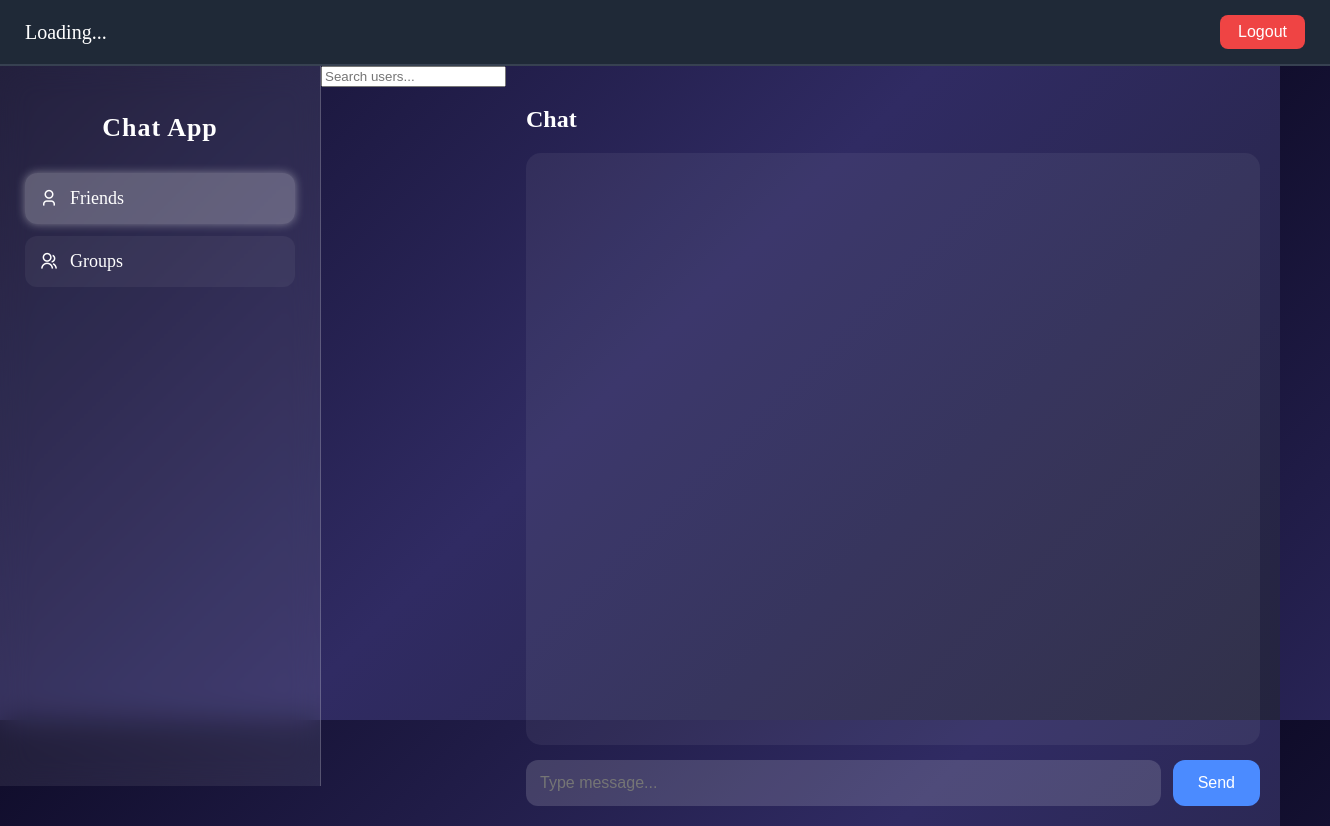
Repository: bharat132002/chat-app
Page: public/index.html
An editor plug-in stored every save of this project. The page is shown before and after the next save, followed by the edit.
The browser window is 1280 px wide. The page is 1330 px wide, so the pictures cover 1330 px, including what lies to the right of the window. The pictures show the whole page.

Above is the page before, as saved 2025-12-02 19:00:51.

### public/index.html
<!DOCTYPE html>
<html lang="en">
<head>
    <meta charset="UTF-8">
    <meta name="viewport" content="width=device-width, initial-scale=1.0">
    <title>Ultimate Chat UI</title>

    <!-- Remix Icons -->
    <link href="https://cdn.jsdelivr.net/npm/remixicon/fonts/remixicon.css" rel="stylesheet">

    <style>

        /* GLOBAL */
        body {
            margin: 0;
            background: linear-gradient(135deg, #0f0c29, #302b63, #24243e);
            font-family: 'Poppins';
            color: #fff;
            height: 100vh;
            overflow: hidden;
        }

        /* WRAPPER */
        .main {
            display: flex;
            height: 100vh;
            width: 100%;
        }

        /* SIDEBAR */
        .sidebar {
            width: 270px;
            background: rgba(255, 255, 255, 0.08);
            backdrop-filter: blur(15px);
            border-right: 1px solid rgba(255,255,255,0.2);
            animation: slideIn 0.6s ease;
            padding: 25px;
        }

        @keyframes slideIn {
            from {transform: translateX(-80px); opacity: 0;}
            to   {transform: translateX(0); opacity: 1;}
        }

        .sidebar h2 {
            text-align: center;
            font-size: 26px;
            letter-spacing: 1px;
            margin-bottom: 30px;
        }

        .menu-item {
            padding: 15px;
            margin-top: 12px;
            display: flex;
            align-items: center;
            gap: 12px;
            font-size: 18px;
            border-radius: 12px;
            cursor: pointer;
            transition: 0.3s;
            background: rgba(255,255,255,0.05);
        }

        .menu-item:hover {
            background: rgba(255,255,255,0.2);
            transform: scale(1.04);
            box-shadow: 0 0 12px rgba(255,255,255,0.3);
        }

        .active {
            background: rgba(255,255,255,0.25);
            box-shadow: 0 0 10px #ffffff67;
        }

        /* SCREENS */
        .screen {
            flex: 1;
            padding: 20px;
            display: none;
            animation: fade 0.5s ease;
            height: 100vh;
        }

        @keyframes fade {
            from {opacity: 0; transform: translateY(20px);}
            to   {opacity: 1; transform: translateY(0);}
        }

        .chat-card {
            padding: 16px;
            border-radius: 12px;
            background: rgba(255,255,255,0.1);
            margin-top: 12px;
            cursor: pointer;
            transition: 0.3s;
        }

        .chat-card:hover {
            background: rgba(255,255,255,0.25);
            transform: translateX(6px);
        }

        /* CHAT WINDOW */
        #chatWindow {
            display: flex;
            flex-direction: column;
        }

        #messages {
            flex: 1;
            overflow-y: auto;
            background: rgba(255,255,255,0.06);
            padding: 20px;
            border-radius: 15px;
            height: 75vh;
        }

        .msg {
            padding: 12px 18px;
            margin: 12px 0;
            max-width: 60%;
            border-radius: 18px;
            animation: pop 0.3s ease;
        }

        @keyframes pop {
            from {transform: scale(0.85); opacity: 0;}
            to   {transform: scale(1); opacity: 1;}
        }

        .left { background: #ffffff24; align-self: flex-start; }
        .right { background: #4b8bff; align-self: flex-end; }

        /* INPUT BOX */
        .input-area {
            display: flex;
            gap: 12px;
            margin-top: 15px;
        }

        .input-area input {
            flex: 1;
            padding: 14px;
            border-radius: 12px;
            border: none;
            outline: none;
            background: rgba(255,255,255,0.15);
            color: white;
            font-size: 16px;
        }

        .send-btn {
            padding: 14px 25px;
            border-radius: 12px;
            border: none;
            background: #4b8bff;
            cursor: pointer;
            color: white;
            font-size: 16px;
            transition: 0.3s;
        }

        .send-btn:hover {
            transform: scale(1.06);
            background: #6ea0ff;
        }
        .top-bar {
        width: 100%;
        padding: 15px 25px;
        background: #1f2937;
        border-bottom: 2px solid #374151;
        color: #fff;
        display: flex;
        justify-content: space-between;
        align-items: center;
        font-size: 20px;
        animation: fadeDown 0.5s ease;
    }

    @keyframes fadeDown {
        from { opacity: 0; transform: translateY(-20px); }
        to   { opacity: 1; transform: translateY(0); }
    }

    .logout-btn {
        background: #ef4444;
        border: none;
        padding: 8px 18px;
        border-radius: 8px;
        color: white;
        font-size: 16px;
        cursor: pointer;
        transition: 0.3s;
    }

    .logout-btn:hover {
        background: #dc2626;
        transform: scale(1.05);
    }

    .chat-container {
        padding: 20px;
    }

    </style>
</head>

<body>

<div class="top-bar">
    <span id="chat-username">Loading...</span>

    <button class="logout-btn" onclick="logoutUser()">
        Logout
    </button>
</div>


<div class="main">

    <!-- SIDEBAR -->
    <div class="sidebar">
        <h2>Chat App</h2>

        <div class="menu-item active" onclick="switchScreen('friends', this)">
            <i class="ri-user-3-line"></i> Friends
        </div>

        <div class="menu-item" onclick="switchScreen('groups', this)">
            <i class="ri-group-line"></i> Groups
        </div>
    </div>

    <!-- SCREENS -->
  <div class="search-box">
  <input type="text" id="searchInput" placeholder="Search users...">
  <div id="searchResults"></div>
</div>

    <div class="screen" id="groups">
        <h2>Groups</h2>

        <div class="chat-card">➕ Create Group (Next Step)</div>
        <div class="chat-card">📌 My Groups</div>
    </div>

    <!-- CHAT WINDOW -->
    <div class="screen" id="chatWindow">
        <h2 id="chatTitle">Chat</h2>

        <div id="messages"></div>

        <div class="input-area">
            <input type="text" id="msgInput" placeholder="Type message..." />
            <button class="send-btn" onclick="sendMsg()">Send</button>
        </div>
    </div>

</div>


<script>
    function switchScreen(screen, element) {
        document.querySelectorAll('.menu-item').forEach(i => i.classList.remove('active'));
        element.classList.add('active');

        document.querySelectorAll('.screen').forEach(s => s.style.display = 'none');
        document.getElementById(screen).style.display = 'block';
    }

    function openChat(name) {
        document.querySelectorAll('.screen').forEach(s => s.style.display = 'none');
        document.getElementById('chatWindow').style.display = 'block';
        document.getElementById('chatTitle').innerText = name;
    }

    function sendMsg() {
        let text = document.getElementById('msgInput').value;
        if (!text) return;

        let box = document.createElement("div");
        box.className = "msg right";
        box.innerText = text;

        document.getElementById("messages").appendChild(box);
        document.getElementById("msgInput").value = "";
    }
</script>
<script>
const tokenKey = "chat_token";

/* 🔍 SEARCH FRIEND */
async function searchFriend() {
    const name = document.getElementById("searchFriendInput").value.trim();
    if (!name) return alert("Enter a username to search!");

    const token = localStorage.getItem(tokenKey);

    let res = await fetch(`/api/friends/search/${name}`, {
        headers: { "Authorization": "Bearer " + token }
    });

    const data = await res.json();

    let html = "";

    if (data.users.length === 0) {
        html = `<p style="opacity:0.7;">No user found</p>`;
    } else {
        data.users.forEach(u => {
            html += `
                <div class="chat-card"
                     style="display:flex; justify-content:space-between; align-items:center;">
                    <span>${u.username}</span>
                    <button onclick="sendFriendRequest(${u.id})"
                        class="send-btn"
                        style="padding:8px 15px; font-size:14px;">
                        Add
                    </button>
                </div>
            `;
        });
    }

    document.getElementById("searchResults").innerHTML = html;
}


/* ➕ SEND FRIEND REQUEST */
async function sendFriendRequest(id) {
    const token = localStorage.getItem(tokenKey);

    let res = await fetch("/api/friends/request", {
        method: "POST",
        headers: {
            "Authorization": "Bearer " + token,
            "Content-Type": "application/json"
        },
        body: JSON.stringify({ receiver_id: id })
    });

    let data = await res.json();
    alert(data.message);
}
</script>
</body>
</html>

After the next save:
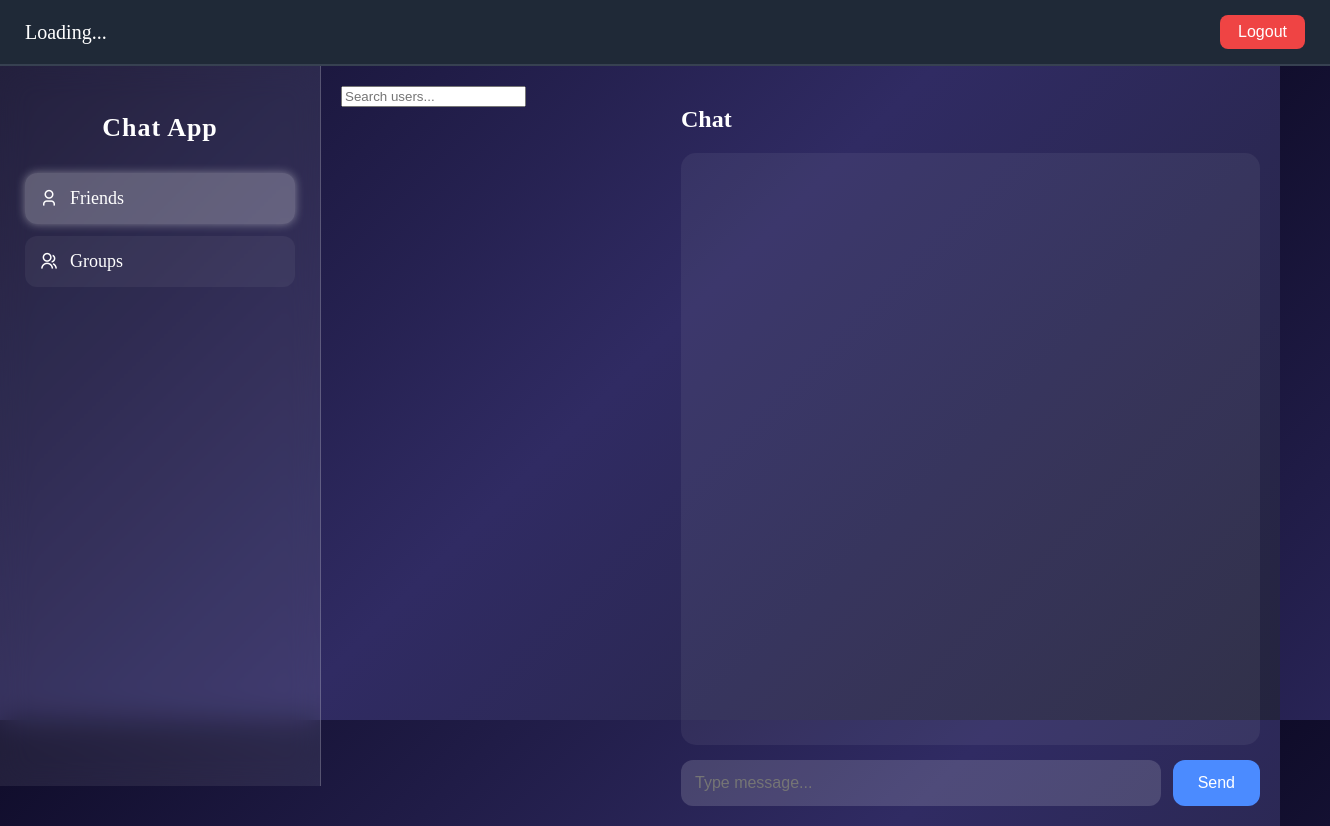
Saved 17 s later.
--- a/public/index.html
+++ b/public/index.html
@@ -202,6 +202,16 @@
     .chat-container {
         padding: 20px;
     }
+
+.search-box { width: 300px; margin: 20px; }
+#searchResults div {
+  background: #222;
+  padding: 10px;
+  margin-top: 5px;
+  border-radius: 5px;
+  cursor: pointer;
+}
+#searchResults div:hover { background: #333; }
 
     </style>
 </head>

After the save that followed:
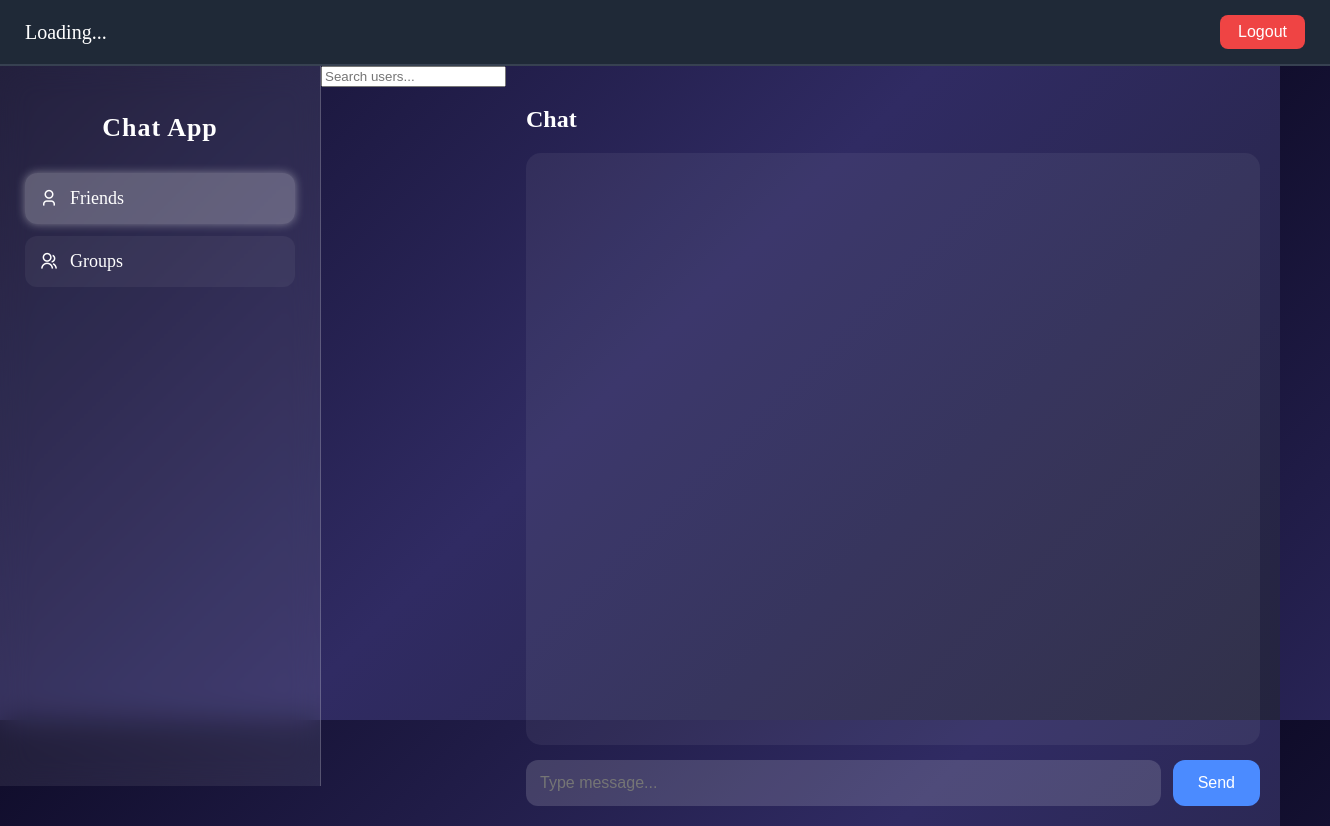
Saved 18 s later.
--- a/public/index.html
+++ b/public/index.html
@@ -202,16 +202,6 @@
     .chat-container {
         padding: 20px;
     }
-
-.search-box { width: 300px; margin: 20px; }
-#searchResults div {
-  background: #222;
-  padding: 10px;
-  margin-top: 5px;
-  border-radius: 5px;
-  cursor: pointer;
-}
-#searchResults div:hover { background: #333; }
 
     </style>
 </head>
